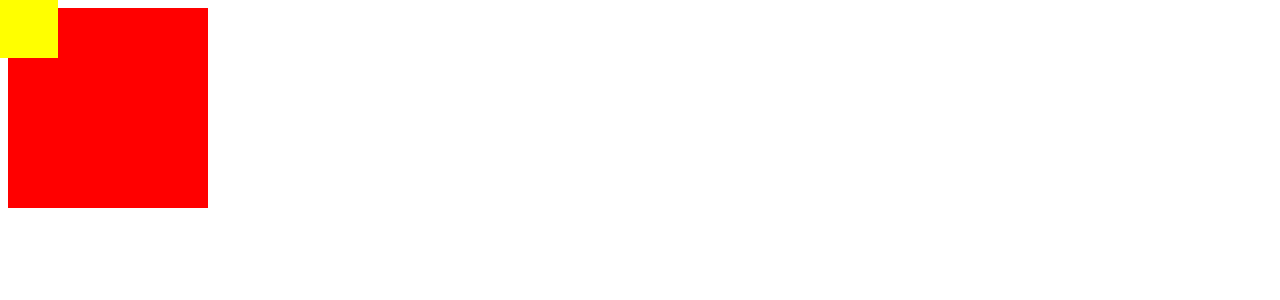
Repository: Qianfane/Blog
Page: CSS/居中测试/2.center-position-margin.html
An editor plug-in stored every save of this project. The page is shown before and after a run of saves, followed by the edit.
The browser window is 1280 px wide. The pictures show the whole page.

Above is the page before, as saved 2022-01-24 22:28:52.

### CSS/居中测试/2.center-position-margin.html
<!DOCTYPE html>
<html lang="en">
<head>
    <meta charset="UTF-8">
    <meta http-equiv="X-UA-Compatible" content="IE=edge">
    <meta name="viewport" content="width=device-width, initial-scale=1.0">
    <title>定宽高</title>
</head>
<body>
<style>
    .outer {
        width: 200px;
        height: 200px;
        background-color: red;

        position: relative;
    }
    .inner {
        width: 100px;
        height: 100px;
        background-color: yellow;

        position: absolute;
        top: 50;
        margin-left: -50px;
        margin-top: -50px;
    }
</style>
<div class="outer">
    <div class="inner"></div>
</div>
</body>
</html>

After the next 2 saves:
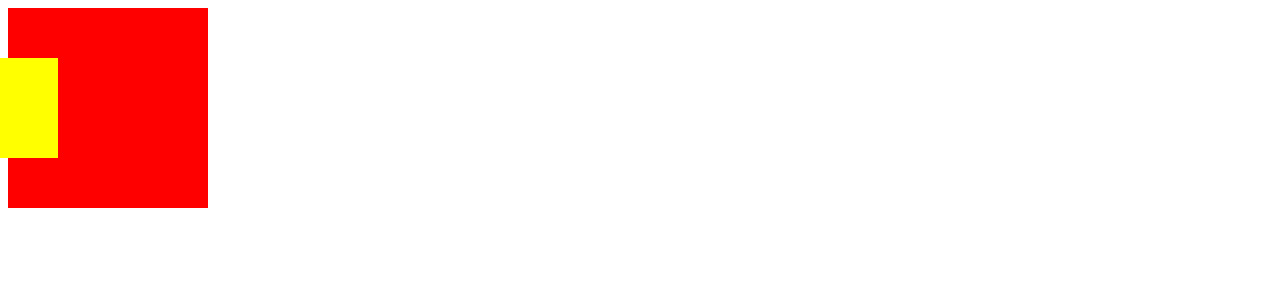
The 2 saves are shown as one change because they came seconds apart.
The last was saved 7 s later.
--- a/CSS/居中测试/2.center-position-margin.html
+++ b/CSS/居中测试/2.center-position-margin.html
@@ -21,7 +21,8 @@
         background-color: yellow;
 
         position: absolute;
-        top: 50;
+        top: 50%;
+        bottom: 50%;
         margin-left: -50px;
         margin-top: -50px;
     }
